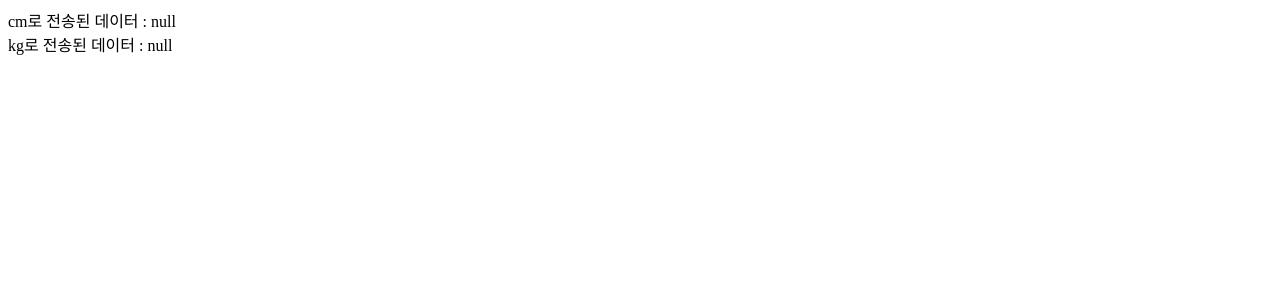
Repository: gowjd4419/jsp
Page: http://localhost/JSPBasic/jspobject/request/req_bmi.jsp
These files come from the project's save history. The page is drawn as it stood at one moment and after the next save; the edit follows.
The browser window is 1280 px wide. The pictures show the whole page.
The page is served by Tomcat 9.

Above is the page before, as saved 2022-03-25 08:49:59.

### JSPBasic/src/main/webapp/jspobject/request/req_bmi.jsp
<%@ page language="java" contentType="text/html; charset=UTF-8"
    pageEncoding="UTF-8"%>
  <%
     String a = request.getParameter("cm");
     String b = request.getParameter("kg");

     %>
<!DOCTYPE html>
<html>
<head>
<meta charset="UTF-8">
<title>Insert title here</title>
</head>
<body>
<form action = http://localhost:8181/JSPBasic/jspobject/request/req_bmi_form.jsp method="get">
<%--
     * 폼에서 보내는 데이터 받기
     1. 목적지를 req_bmi.jsp로 해주기(서버 실행후 브라우저창 주소 복붙하면 됨)
     2. 스크립트릿을 이용해 req_bmi_form.jsp에서 보내는 데이터를 받아 자바 데이터로 저장해주기
     3. 받아온 값을 화면에 출력
스크립트릿을 이용해 req_bmi_form.jsp에서 보내는 데이터를 받아 자바 데이터로 저장해보기 --%>
    cm로 전송된 데이터 : <%= a %><br>
    kg로 전송된 데이터 : <%= b %><br>
</body>
</html>

After the next save:
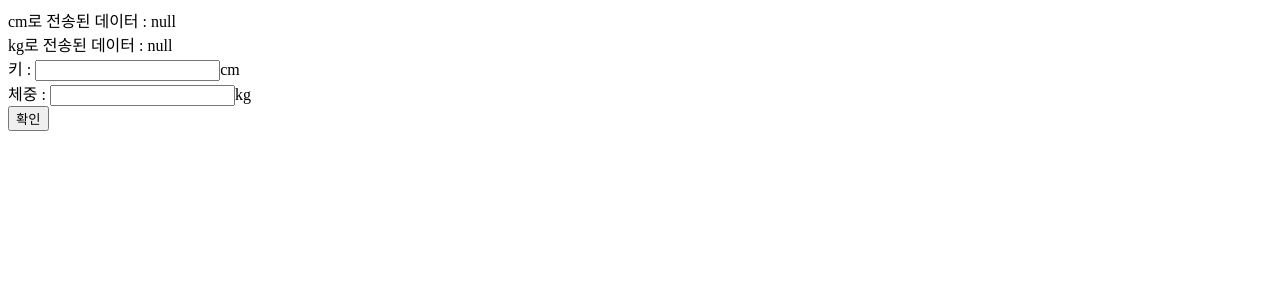
Saved 41 s later.
--- a/JSPBasic/src/main/webapp/jspobject/request/req_bmi.jsp
+++ b/JSPBasic/src/main/webapp/jspobject/request/req_bmi.jsp
@@ -21,5 +21,11 @@
 스크립트릿을 이용해 req_bmi_form.jsp에서 보내는 데이터를 받아 자바 데이터로 저장해보기 --%>
     cm로 전송된 데이터 : <%= a %><br>
     kg로 전송된 데이터 : <%= b %><br>
+
+     <form action = # method="get"> <!-- #으로 두면 자신이 보낸 데이터를 그대로 다시 받음 -->
+      키 : <input type = "number" name="cm">cm<br>
+      체중 : <input type = "number" name="kg">kg<br>
+      <input type="submit" value="확인">
+  </form>
 </body>
 </html>

After the 2 saves that followed:
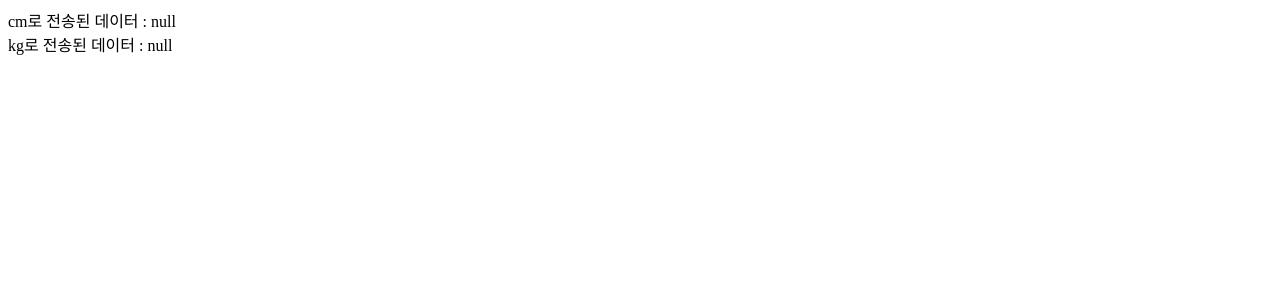
The 2 saves are shown as one change because 1 left the picture as it was.
The last was saved 51 s later.
--- a/JSPBasic/src/main/webapp/jspobject/request/req_bmi.jsp
+++ b/JSPBasic/src/main/webapp/jspobject/request/req_bmi.jsp
@@ -12,7 +12,6 @@
 <title>Insert title here</title>
 </head>
 <body>
-<form action = http://localhost:8181/JSPBasic/jspobject/request/req_bmi_form.jsp method="get">
 <%--
      * 폼에서 보내는 데이터 받기
      1. 목적지를 req_bmi.jsp로 해주기(서버 실행후 브라우저창 주소 복붙하면 됨)
@@ -21,11 +20,5 @@
 스크립트릿을 이용해 req_bmi_form.jsp에서 보내는 데이터를 받아 자바 데이터로 저장해보기 --%>
     cm로 전송된 데이터 : <%= a %><br>
     kg로 전송된 데이터 : <%= b %><br>
-
-     <form action = # method="get"> <!-- #으로 두면 자신이 보낸 데이터를 그대로 다시 받음 -->
-      키 : <input type = "number" name="cm">cm<br>
-      체중 : <input type = "number" name="kg">kg<br>
-      <input type="submit" value="확인">
-  </form>
 </body>
 </html>
